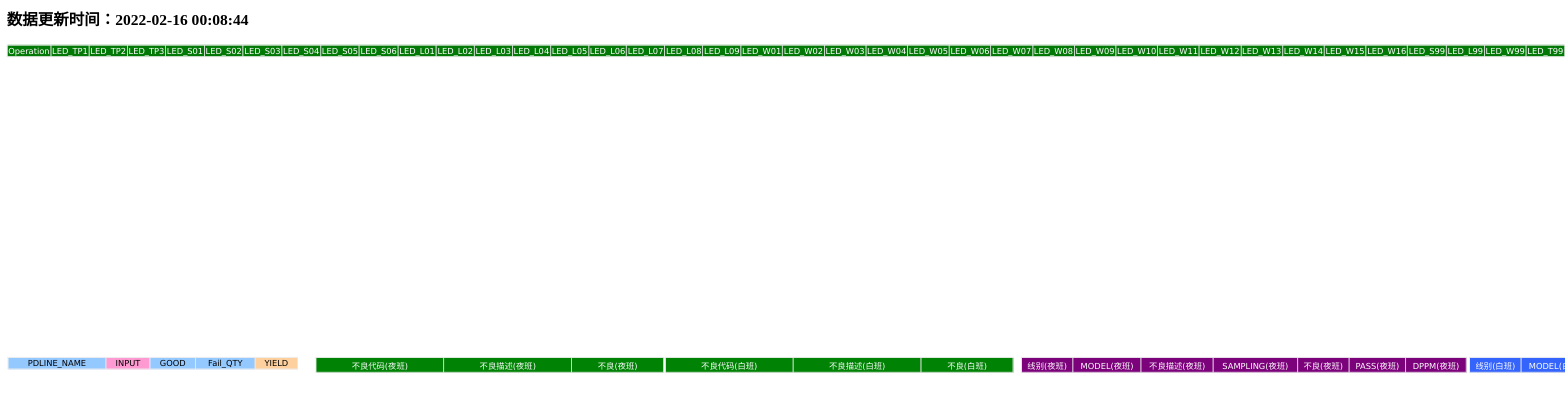
Repository: zxj19880502/mycode
Page: http://localhost/test1/time.jsp
These files come from the project's save history. The page is drawn as it stood at one moment and after the next save; the edit follows.
The browser window is 1280 px wide. The page is 1886 px wide, so the pictures cover 1886 px, including what lies to the right of the window. The pictures show the whole page, at 83% of full size.
The page is served by Tomcat 9. Queries for data that is not in the repository find no rows.

Above is the page before, as saved 2022-02-16 09:08:05.

### apache-tomcat-8.5.73/webapps/ROOT/test1/time.jsp
<%@ page contentType="text/html;charset=utf-8" language="java" errorPage="" %>
 <%@ page import="java.text.*"%>
<%@ page import="java.sql.*" %>
 <%@page import="java.util.*"%>

<meta http-equiv="refresh" content="300">

<html>



<head>

  <title>时间查询</title>


<style type="text/css">
#container {
    height: 70%;
}

.highcharts-figure,
.highcharts-data-table table {

    margin: 1em auto;
}

#datatable {
    font-family: Verdana, sans-serif;
    border-collapse: collapse;
    border: 1px solid #ebebeb;

    text-align: center;
    font-size:10px;

}



#datatable td,
#datatable th,
#datatable caption {
    padding: 0.1em;
}

#datatable thead tr,
#datatable tr:nth-child(even) {
    background: #f8f8f8;
}

#datatable tr:hover {
    background: #f1f7ff;
}

		</style>
</head>
 <body >

<%

Class.forName("oracle.jdbc.driver.OracleDriver");

Connection connection=DriverManager.getConnection("jdbc:oracle:thin:@172.22.24.221:1521:ledmes1","sajet","tech");

Statement stmt=connection.createStatement();

Statement stmtc=connection.createStatement();
Statement cc=connection.createStatement();
Statement dd=connection.createStatement();

Statement hja=connection.createStatement();
Statement wip=connection.createStatement();

Statement nqc=connection.createStatement();
Statement dqc=connection.createStatement();

String path = request.getContextPath();
String basePath = request.getScheme()+"://"+request.getServerName()+":"+request.getServerPort()+path+"/";
String starday = request.getParameter("day");//用request得到
String startime = request.getParameter("time");//用request得到
String endday = request.getParameter("endday");//用request得到
String endtime = request.getParameter("endtime");//用request得到
String datetime = new SimpleDateFormat("yyyy-MM-dd HH:mm:ss").format(Calendar.getInstance().getTime());//系统时间变量
ResultSet rs =stmt.executeQuery("SELECT PROCESS_NAME ,sum(nvl(LED_TP1,'0')) LED_TP1,sum(nvl(LED_TP2,'0')) LED_TP2,sum(nvl(LED_TP3,'0')) LED_TP3,sum(nvl(LED_S01,'0')) LED_S01,sum(nvl(LED_S02,'0')) LED_S02,sum(nvl(LED_S03,'0')) LED_S03,sum(nvl(LED_S04,'0')) LED_S04,sum(nvl(LED_S05,'0')) LED_S05,sum(nvl(LED_S06,'0')) LED_S06,sum(nvl(LED_L01,'0')) LED_L01,sum(nvl(LED_L02,'0')) LED_L02,sum(nvl(LED_L03,'0')) LED_L03,sum(nvl(LED_L04,'0')) LED_L04,sum(nvl(LED_L05,'0')) LED_L05,sum(nvl(LED_L06,'0')) LED_L06,sum(nvl(LED_L07,'0')) LED_L07,sum(nvl(LED_L08,'0')) LED_L08,sum(nvl(LED_L09,'0')) LED_L09,sum(nvl(LED_W01,'0')) LED_W01,sum(nvl(LED_W02,'0')) LED_W02,sum(nvl(LED_W03,'0')) LED_W03,sum(nvl(LED_W04,'0')) LED_W04,sum(nvl(LED_W05,'0')) LED_W05,sum(nvl(LED_W06,'0')) LED_W06,sum(nvl(LED_W07,'0')) LED_W07,sum(nvl(LED_W08,'0')) LED_W08,sum(nvl(LED_W09,'0')) LED_W09,sum(nvl(LED_W10,'0')) LED_W10,sum(nvl(LED_W11,'0')) LED_W11,sum(nvl(LED_W12,'0')) LED_W12,sum(nvl(LED_W13,'0')) LED_W13,sum(nvl(LED_W14,'0')) LED_W14,sum(nvl(LED_W15,'0')) LED_W15,sum(nvl(LED_W16,'0')) LED_W16,sum(nvl(LED_S99,'0')) LED_S99,sum(nvl(LED_L99,'0')) LED_L99,sum(nvl(LED_W99,'0')) LED_W99,sum(nvl(LED_T99,'0')) LED_T99 from(SELECT PDLINE_NAME,PROCESS_NAME, decode(PDLINE_NAME,'LED_TP1',input)LED_TP1,decode(PDLINE_NAME,'LED_W10',input) LED_W10,decode(PDLINE_NAME,'LED_W16',input) LED_W16 ,decode(PDLINE_NAME,'LED_W01',input) LED_W01 ,decode(PDLINE_NAME,'LED_L05',input) LED_L05,decode(PDLINE_NAME,'LED_S01',input) LED_S01,decode(PDLINE_NAME,'LED_S02',input) LED_S02 ,decode(PDLINE_NAME,'LED_L02',input) LED_L02 ,decode(PDLINE_NAME,'LED_L08',input) LED_L08 ,decode(PDLINE_NAME,'LED_L04',input) LED_L04 ,decode(PDLINE_NAME,'LED_L09',input) LED_L09,decode(PDLINE_NAME,'LED_TP2',input) LED_TP2,decode(PDLINE_NAME,'LED_W03',input) LED_W03 ,decode(PDLINE_NAME,'LED_L03',input) LED_L03 ,decode(PDLINE_NAME,'LED_W07',input) LED_W07,decode(PDLINE_NAME,'LED_W08',input) LED_W08,decode(PDLINE_NAME,'LED_S05',input) LED_S05 ,decode(PDLINE_NAME,'LED_W05',input) LED_W05 ,decode(PDLINE_NAME,'LED_W04',input) LED_W04 ,decode(PDLINE_NAME,'LED_TP3',input) LED_TP3 ,decode(PDLINE_NAME,'LED_S99',input) LED_S99,decode(PDLINE_NAME,'LED_W02',input) LED_W02,decode(PDLINE_NAME,'LED_S04',input) LED_S04 ,decode(PDLINE_NAME,'LED_S03',input) LED_S03 ,decode(PDLINE_NAME,'LED_W09',input) LED_W09,decode(PDLINE_NAME,'LED_L01',input) LED_L01,decode(PDLINE_NAME,'LED_L07',input) LED_L07 ,decode(PDLINE_NAME,'LED_W11',input) LED_W11 ,decode(PDLINE_NAME,'LED_L99',input) LED_L99 ,decode(PDLINE_NAME,'LED_W12',input) LED_W12 ,decode(PDLINE_NAME,'LED_S06',input) LED_S06 ,decode(PDLINE_NAME,'LED_W06',input) LED_W06 ,decode(PDLINE_NAME,'LED_L06',input) LED_L06 ,decode(PDLINE_NAME,'LED_W13',input) LED_W13 ,decode(PDLINE_NAME,'LED_W14',input) LED_W14 ,decode(PDLINE_NAME,'LED_W15',input) LED_W15 ,decode(PDLINE_NAME,'LED_W99',input) LED_W99 ,decode(PDLINE_NAME,'LED_T99',input) LED_T99 from INPUT_QTYC  WHERE WORK_DATE||WORK_TIME between to_CHAR('"+startime+""+starday+"')and to_char('"+endtime+""+endday+"'))GROUP BY PROCESS_NAME ");
ResultSet hjb =hja.executeQuery("SELECT PROCESS_NAME ,sum(INPUT)AS INPUT,sum(PASS_QTY)AS PASS_QTY,sum(FAIL_QTY)AS fail, SUM(REPASS_QTY)AS REPASS,CONCAT(round(decode(SUM(PASS_QTY),0,0,(SUM(PASS_QTY)/(sum(input)))*100),2),'%')AS yeald FROM input_qtyc  WHERE WORK_DATE||WORK_TIME between to_CHAR('"+startime+""+starday+"')and to_char('"+endtime+""+endday+"')  GROUP BY PROCESS_NAME ");
ResultSet wips =wip.executeQuery("SELECT '合计'AS heji, sum(PASS_QTY+FAIL_QTY)AS INPUT,sum(PASS_QTY)AS PASS_QTY,sum(FAIL_QTY)AS fail, SUM(REPASS_QTY)AS REPASS,CONCAT(round(decode(SUM(PASS_QTY),0,0,(SUM(PASS_QTY)/(sum(PASS_QTY+FAIL_QTY)))*100),2),'%')AS yeald FROM G_SN_COUNT a LEFT join sajet.SYS_PROCESS b  on a.process_id = b.process_id LEFT join sajet.SYS_PDLINE c  on a.PDLINE_ID = c.PDLINE_ID WHERE WORK_DATE||WORK_TIME between to_CHAR('"+startime+""+starday+"')and to_char('"+endtime+""+endday+"')");

ResultSet rc =stmtc.executeQuery("SELECT * FROM (SELECT PDLINE_NAME,sum(PASS_QTY+FAIL_QTY)as input,sum(PASS_QTY)as good,SUM(FAIL_QTY)AS FAIL_QTY,CONCAT(round(decode(SUM(PASS_QTY),0,0,(SUM(PASS_QTY)/(sum(PASS_QTY+FAIL_QTY)))*100),2),'%')as Yield from(select * from sajet.G_SN_COUNT a  LEFT join sajet.SYS_PROCESS b  on a.process_id = b.process_id LEFT join sajet.SYS_PDLINE c  on a.PDLINE_ID = c.PDLINE_ID LEFT join sajet.G_WO_BASE d  on a.WORK_ORDER = d.WORK_ORDER WHERE A.WORK_DATE||A.WORK_TIME between to_CHAR('"+startime+""+starday+"')and to_char('"+endtime+""+endday+"') )GROUP BY PDLINE_NAME ORDER BY FAIL_QTY DESC ) ");
ResultSet rb =cc.executeQuery("SELECT distinct Defect_Code 不良代码,Defect_Desc 不良描述, SUMCOUNT 数量 FROM (SELECT F.Defect_Code , F.Defect_Desc ,SUM (A.DEFECT_QTY) SUMCOUNT FROM SAJET.G_SN_DEFECT A, SAJET.SYS_DEFECT F WHERE 1=1 and  A.REC_TIME >= (SYSDATE - 225)AND A.REC_TIME <  (SYSDATE) AND A.DEFECT_ID = F.DEFECT_ID AND  A.REC_TIME between TRUNC(SYSDATE) + 08/24 and TRUNC(SYSDATE) + 20/24 GROUP BY F.Defect_Code, F.Defect_Desc ORDER BY 3 DESC)WHERE ROWNUM <= 20");
ResultSet rf=dd.executeQuery("SELECT distinct Defect_Code 不良代码,Defect_Desc 不良描述, SUMCOUNT 数量 FROM (SELECT F.Defect_Code , F.Defect_Desc ,SUM (A.DEFECT_QTY) SUMCOUNT FROM SAJET.G_SN_DEFECT A, SAJET.SYS_DEFECT F WHERE 1=1 and  A.REC_TIME >= (SYSDATE - 225)AND A.REC_TIME <  (SYSDATE) AND A.DEFECT_ID = F.DEFECT_ID AND  A.REC_TIME between TRUNC(SYSDATE-1) + 20/24 and TRUNC(SYSDATE) + 08/24 GROUP BY F.Defect_Code, F.Defect_Desc ORDER BY 3 DESC)WHERE ROWNUM <= 20");

ResultSet nq=nqc.executeQuery("SELECT PDLINE_NAME 线别,MODEL_ID model,defect_desc 不良描述,SAMPLING_SIZE SAMPLING,FAIL_QTY 不良,PASS_QTY PASS,dppm FROM (SELECT D.PDLINE_NAME,A.MODEL_ID ,C.DEFECT_DESC,A.SAMPLING_SIZE ,A.FAIL_QTY,A.PASS_QTY,sum(FAIL_QTY/SAMPLING_SIZE*1000000)DPPM FROM G_QC_LOT A LEFT JOIN G_QC_SN_DEFECT B ON A.QC_LOTNO =B.QC_LOTNO LEFT JOIN SYS_DEFECT C ON B.DEFECT_ID =C.DEFECT_ID LEFT JOIN SYS_PDLINE D ON A.PDLINE_ID =D.PDLINE_ID WHERE END_TIME between TRUNC(SYSDATE-1) + 20/24 and TRUNC(SYSDATE) + 08/24 GROUP BY D.PDLINE_NAME,A.MODEL_ID ,C.DEFECT_DESC,A.SAMPLING_SIZE ,A.FAIL_QTY,A.PASS_QTY ORDER BY A.FAIL_QTY DESC )WHERE ROWNUM <= 20");
ResultSet dq=dqc.executeQuery("SELECT PDLINE_NAME 线别,MODEL_ID model,defect_desc 不良描述,SAMPLING_SIZE SAMPLING,FAIL_QTY 不良,PASS_QTY PASS ,dppm FROM (SELECT D.PDLINE_NAME,A.MODEL_ID ,C.DEFECT_DESC,A.SAMPLING_SIZE ,A.FAIL_QTY,A.PASS_QTY ,sum(FAIL_QTY/SAMPLING_SIZE*1000000) dppm FROM G_QC_LOT A LEFT JOIN G_QC_SN_DEFECT B ON A.QC_LOTNO =B.QC_LOTNO LEFT JOIN SYS_DEFECT C ON B.DEFECT_ID =C.DEFECT_ID LEFT JOIN SYS_PDLINE D ON A.PDLINE_ID =D.PDLINE_ID WHERE END_TIME between TRUNC(SYSDATE) + 08/24 and TRUNC(SYSDATE) + 20/24 GROUP BY D.PDLINE_NAME,A.MODEL_ID ,C.DEFECT_DESC,A.SAMPLING_SIZE ,A.FAIL_QTY,A.PASS_QTY ORDER BY A.FAIL_QTY DESC )WHERE ROWNUM <= 20");
%>
<tr><td><h3>数据更新时间：<%=datetime %></h3></td></tr>



<table id="datatable" border="1">

    <tr>


  <td style="background: #027806;color: #fff">Operation</td>

         <td style="background: #027806;color: #fff">LED_TP1</td>
         <td style="background: #027806;color: #fff">LED_TP2</td>
         <td style="background: #027806;color: #fff">LED_TP3</td>
         <td style="background: #027806;color: #fff">LED_S01</td>
         <td style="background: #027806;color: #fff">LED_S02</td>
         <td style="background: #027806;color: #fff">LED_S03</td>
         <td style="background: #027806;color: #fff">LED_S04</td>
         <td style="background: #027806;color: #fff">LED_S05</td>
         <td style="background: #027806;color: #fff">LED_S06</td>
         <td style="background: #027806;color: #fff">LED_L01</td>
         <td style="background: #027806;color: #fff">LED_L02</td>
         <td style="background: #027806;color: #fff">LED_L03</td>
         <td style="background: #027806;color: #fff">LED_L04</td>
         <td style="background: #027806;color: #fff">LED_L05</td>
         <td style="background: #027806;color: #fff">LED_L06</td>
         <td style="background: #027806;color: #fff">LED_L07</td>
         <td style="background: #027806;color: #fff">LED_L08</td>
         <td style="background: #027806;color: #fff">LED_L09</td>
         <td style="background: #027806;color: #fff">LED_W01</td>
         <td style="background: #027806;color: #fff">LED_W02</td>
         <td style="background: #027806;color: #fff">LED_W03</td>
         <td style="background: #027806;color: #fff">LED_W04</td>
         <td style="background: #027806;color: #fff">LED_W05</td>
         <td style="background: #027806;color: #fff">LED_W06</td>
         <td style="background: #027806;color: #fff">LED_W07</td>
         <td style="background: #027806;color: #fff">LED_W08</td >
         <td style="background: #027806;color: #fff">LED_W09</td>
         <td style="background: #027806;color: #fff">LED_W10</td>
         <td style="background: #027806;color: #fff">LED_W11</td>
         <td style="background: #027806;color: #fff">LED_W12</td>
         <td style="background: #027806;color: #fff">LED_W13</td>
         <td style="background: #027806;color: #fff">LED_W14</td>
         <td style="background: #027806;color: #fff">LED_W15</td>
         <td style="background: #027806;color: #fff">LED_W16</td>
         <td style="background: #027806;color: #fff">LED_S99</td>
         <td style="background: #027806;color: #fff">LED_L99</td>
         <td style="background: #027806;color: #fff">LED_W99</td>
         <td style="background: #027806;color: #fff">LED_T99</td>

       </tr>


          <% while(rs.next()){ %>

        <tr style="background: #ffffd1">

           <td style=" background: #cb99fa"> <%=rs.getString(1)%></td>
            <td> <%=rs.getString(2)%></td>
             <td> <%=rs.getString(3)%></td>
              <td> <%=rs.getString(4)%></td>
               <td> <%=rs.getString(5)%></td>
                <td> <%=rs.getString(6)%></td>
                 <td> <%=rs.getString(7)%></td>
                  <td> <%=rs.getString(8)%></td>
                   <td> <%=rs.getString(9)%></td>
                    <td> <%=rs.getString(10)%></td>
                     <td> <%=rs.getString(11)%></td>
                      <td> <%=rs.getString(12)%></td>
                       <td> <%=rs.getString(13)%></td>
                        <td> <%=rs.getString(14)%></td>
                         <td> <%=rs.getString(15)%></td>
                          <td> <%=rs.getString(16)%></td>
                           <td> <%=rs.getString(17)%></td>
                            <td> <%=rs.getString(18)%></td>
                             <td> <%=rs.getString(19)%></td>
                              <td> <%=rs.getString(20)%></td>
                               <td> <%=rs.getString(21)%></td>
                                <td> <%=rs.getString(22)%></td>
                                 <td> <%=rs.getString(23)%></td>
                                  <td> <%=rs.getString(24)%></td>
                                   <td> <%=rs.getString(25)%></td>
                                    <td> <%=rs.getString(26)%></td>
                                     <td> <%=rs.getString(27)%></td>
                                      <td> <%=rs.getString(28)%></td>
                                      <td> <%=rs.getString(29)%></td>
                                       <td> <%=rs.getString(30)%></td>
                                        <td> <%=rs.getString(31)%></td>
                                         <td> <%=rs.getString(32)%></td>
                                          <td> <%=rs.getString(33)%></td>
                                           <td> <%=rs.getString(34)%></td>
                                            <td> <%=rs.getString(35)%></td>
                                             <td> <%=rs.getString(36)%></td>
                                              <td> <%=rs.getString(37)%></td>
                                               <td> <%=rs.getString(38)%></td>
                                               <td> <%=rs.getString(39)%></td>



     <% } %>


  </tr>





 <table  name="er" id="er" style="position:absolute;top:430px;left:9px;width: 350px;font-family: Verdana, sans-serif;border-collapse: collapse;border: 1px solid #ebebeb;text-align: center;font-size:10px">
  <tr>
      <td style="background: #94c9ff;border: 1px solid #ebebeb;">PDLINE_NAME  </td>
       <td style="background: #fe99d1;border: 1px solid #ebebeb;">INPUT</td>
          <td style="background: #94c9ff;border: 1px solid #ebebeb;">GOOD</td>
          <td style="background: #94c9ff;border: 1px solid #ebebeb;">Fail_QTY</td>
           <td  style="background: #fed09e;border: 1px solid #ebebeb;">YIELD</td>
  </tr>

  <% while(rc.next()){   %>

    <tr >

           <td style="background: #94c9ff; border: 1px solid #ebebeb;"> <%=rc.getString(1)%></td>
           <td style="background: #fe99d1; border: 1px solid #ebebeb;"> <%=rc.getString(2)%></td>
           <td style="background: #94c9ff; border: 1px solid #ebebeb;"> <%=rc.getString(3)%></td>
           <td style="background: #94c9ff; border: 1px solid #ebebeb;"> <%=rc.getString(4)%></td>
           <td style="background: #fed09e; border: 1px solid #ebebeb;"> <%=rc.getString(5)%></td>
</tr>

  <% } %>

  </table>

<script type="text/javascript">
window.onload = function() {
    // 第4列
    var column_num = 4;

    // 获取元素
    var table = document.getElementById("er"),
        rows = table.getElementsByTagName("tr");

    // 循环表格
    for(var i = 0; i < rows.length; i++) {
        var cells = rows[i].getElementsByTagName("td");
        for(var c = 0; c < cells.length; c++) {
            // 对应列
            if(c + 1 === column_num
                // 判断是否小于 0
                && parseFloat(cells[c].innerHTML) > 0) {
                // 两者均成立，改变颜色
                rows[i].style.color = "#f00";
                // 检查下一行
                break;
            }
        }
    }
}
</script>


 <table style="position:absolute;top:430px;left:801px;width: 420px;font-family: Verdana, sans-serif;border-collapse: collapse;border: 1px solid #ebebeb;text-align: center;font-size:10px">
  <tr>

        <td style="background: #008205;border: 1px solid #ebebeb;color: #fff;">不良代码(白班)</td>
         <td style="background: #008205;border: 1px solid #ebebeb;color: #fff;">不良描述(白班)</td>
          <td style="background: #008205;border: 1px solid #ebebeb;color: #fff;">不良(白班)</td>
          </tr>



  <% while(rb.next()){ %>
    <tr>

           <td style=" background: #fcfe9d;border: 1px solid #ebebeb;"> <%=rb.getString(1)%></td>
           <td style=" background: #fcfe9d;border: 1px solid #ebebeb;"> <%=rb.getString(2)%></td>
           <td style=" background: #fcfe9d;border: 1px solid #ebebeb;"> <%=rb.getString(3)%></td>
          </tr>

  <% } %>
 <table id="two" style="position:absolute;top:430px;left:380px;;width: 420;font-family: Verdana, sans-serif;border-collapse: collapse;border: 1px solid #ebebeb;text-align: center;font-size:10px">
  <tr>

        <td style="background: #008205;border: 1px solid #ebebeb;color: #fff;">不良代码(夜班)</td>
         <td style="background: #008205;border: 1px solid #ebebeb;color: #fff;">不良描述(夜班)</td>
          <td style="background: #008205;border: 1px solid #ebebeb;color: #fff;">不良(夜班)</td>
          </tr>



  <% while(rf.next()){ %>
    <tr>

           <td style=" background: #fcfe9d;border: 1px solid #ebebeb;"> <%=rf.getString(1)%></td>
           <td style=" background: #fcfe9d;border: 1px solid #ebebeb;"> <%=rf.getString(2)%></td>
           <td style=" background: #fcfe9d;border: 1px solid #ebebeb;"> <%=rf.getString(3)%></td>
          </tr>

  <% } %>

</table>



 <table  style="position:absolute;top:430px;left:1230px;;width: 537;font-family: Verdana, sans-serif;border-collapse: collapse;border: 1px solid #ebebeb;text-align: center;font-size:10px">
  <tr>

        <td style="background: #7c027b;border: 1px solid #ebebeb;color: #fff;">线别(夜班)</td>
         <td style="background: #7c027b;border: 1px solid #ebebeb;color: #fff;">MODEL(夜班)</td>
          <td style="background: #7c027b;border: 1px solid #ebebeb;color: #fff;">不良描述(夜班)</td>
          <td style="background: #7c027b;border: 1px solid #ebebeb;color: #fff;">SAMPLING(夜班)</td>
          <td style="background: #7c027b;border: 1px solid #ebebeb;color: #fff;">不良(夜班)</td>
          <td style="background: #7c027b;border: 1px solid #ebebeb;color: #fff;">PASS(夜班)</td>
          <td style="background: #7c027b;border: 1px solid #ebebeb;color: #fff;">DPPM(夜班)</td>
          </tr>



  <% while(nq.next()){ %>
    <tr>

           <td style=" background: #fcfe9d;border: 1px solid #ebebeb;"> <%=nq.getString(1)%></td>
           <td style=" background: #fcfe9d;border: 1px solid #ebebeb;"> <%=nq.getString(2)%></td>
           <td style=" background: #fcfe9d;border: 1px solid #ebebeb;"> <%=nq.getString(3)%></td>
           <td style=" background: #fcfe9d;border: 1px solid #ebebeb;"> <%=nq.getString(4)%></td>
           <td style=" background: #fcfe9d;border: 1px solid #ebebeb;"> <%=nq.getString(5)%></td>
           <td style=" background: #fcfe9d;border: 1px solid #ebebeb;"> <%=nq.getString(6)%></td>
           <td style=" background: #fcfe9d;border: 1px solid #ebebeb;"> <%=nq.getString(7)%></td>
          </tr>

  <% } %>

</table>

<table style="position:absolute;top:430px;left:1770px;;width: 537;font-family: Verdana, sans-serif;border-collapse: collapse;border: 1px solid #ebebeb;text-align: center;font-size:10px">
  <tr>

        <td style="background: #3564fc;border: 1px solid #ebebeb;color: #fff;">线别(白班)</td>
         <td style="background: #3564fc;border: 1px solid #ebebeb;color: #fff;">MODEL(白班)</td>
          <td style="background: #3564fc;border: 1px solid #ebebeb;color: #fff;">不良描述(白班)</td>
          <td style="background: #3564fc;border: 1px solid #ebebeb;color: #fff;">SAMPLING(白班)</td>
          <td style="background: #3564fc;border: 1px solid #ebebeb;color: #fff;">不良(白班)</td>
          <td style="background: #3564fc;border: 1px solid #ebebeb;color: #fff;">PASS(白班)</td>
          <td style="background: #3564fc;border: 1px solid #ebebeb;color: #fff;">DPPM(白班)</td>
          </tr>



  <% while(dq.next()){ %>
    <tr>

           <td style=" background: #fcfe9d;border: 1px solid #ebebeb;"> <%=dq.getString(1)%></td>
           <td style=" background: #fcfe9d;border: 1px solid #ebebeb;"> <%=dq.getString(2)%></td>
           <td style=" background: #fcfe9d;border: 1px solid #ebebeb;"> <%=dq.getString(3)%></td>
           <td style=" background: #fcfe9d;border: 1px solid #ebebeb;"> <%=dq.getString(4)%></td>
           <td style=" background: #fcfe9d;border: 1px solid #ebebeb;"> <%=dq.getString(5)%></td>
           <td style=" background: #fcfe9d;border: 1px solid #ebebeb;"> <%=dq.getString(6)%></td>
           <td style=" background: #fcfe9d;border: 1px solid #ebebeb;"> <%=dq.getString(7)%></td>
          </tr>

  <% } %>

</table>





	 <table  style="position:absolute;top:51px;left:2350px;width: 500px; font-family: Verdana, sans-serif;border-collapse: collapse;border: 1px solid #ebebeb;text-align: center;font-size:10px">
  <tr>

        <td style="background: #027806;color: #fff;border: 1px solid #ebebeb;">Operation</td>
         <td style="background: #027806;color: #fff;border: 1px solid #ebebeb;">INPUT</td>
         <td style="background: #027806;color: #fff;border: 1px solid #ebebeb;">良品数量</td>
         <td style="background: #027806;color: #fff;border: 1px solid #ebebeb;">不良数量</td>
         <td style="background: #027806;color: #fff;border: 1px solid #ebebeb;">维修数量</td>
          <td style="background: #027806;color: #fff;border: 1px solid #ebebeb;">YEALD</td>
          </tr>



  <% while(hjb.next()){ %>
    <tr>

           <td style=" background: #cb99fa;border: 1px solid #ebebeb;"> <%=hjb.getString(1)%></td>
           <td style=" background: #ffffd3;border: 1px solid #ebebeb;"> <%=hjb.getString(2)%></td>
           <td style=" background: #cfffff;border: 1px solid #ebebeb;"> <%=hjb.getString(3)%></td>
           <td style=" background: #cfffff;border: 1px solid #ebebeb;"> <%=hjb.getString(4)%></td>
           <td style=" background: #cfffff;border: 1px solid #ebebeb;"> <%=hjb.getString(5)%></td>
           <td style=" background: #cfffff;border: 1px solid #ebebeb;"> <%=hjb.getString(6)%></td>
          </tr>

  <% } %>

</table>





		 <table style="position:absolute;top:430px;left:2350px;width: 500px;font-family: Verdana, sans-serif;border-collapse: collapse;border: 1px solid #ebebeb;text-align: center;font-size:10px">
  <tr>

        <td style=" width:140px; background: #f89ace;color: #fff;border: 1px solid #ebebeb;">Operation</td>
        <td style="background: #f89ace;color: #fff;border: 1px solid #ebebeb;">INPUT</td>
         <td style="background: #f89ace;color: #fff;border: 1px solid #ebebeb;">良品数量</td>
          <td style="background: #f89ace;color: #fff;border: 1px solid #ebebeb;">不良数量</td>
         <td style="background: #f89ace;color: #fff;border: 1px solid #ebebeb;">维修数量</td>
         <td style="background: #f89ace;color: #fff;border: 1px solid #ebebeb;">YEALD</td>
          </tr>



  <% while(wips.next()){ %>
    <tr>

           <td  style="background: #cb99fa;border: 1px solid #ebebeb;"> <%=wips.getString(1)%></td>
           <td style=" background: #ffffd3;border: 1px solid #ebebeb;"> <%=wips.getString(2)%></td>
           <td style=" background: #cfffff;border: 1px solid #ebebeb;"> <%=wips.getString(3)%></td>
           <td style=" background: #cfffff;border: 1px solid #ebebeb;"> <%=wips.getString(4)%></td>
           <td style=" background: #cfffff;border: 1px solid #ebebeb;"> <%=wips.getString(5)%></td>
            <td style=" background: #cfffff;border: 1px solid #ebebeb;"> <%=wips.getString(6)%></td>
          </tr>

  <% } %>

</table>






 </table>

  </table>


  </body>
</html>

After the next save:
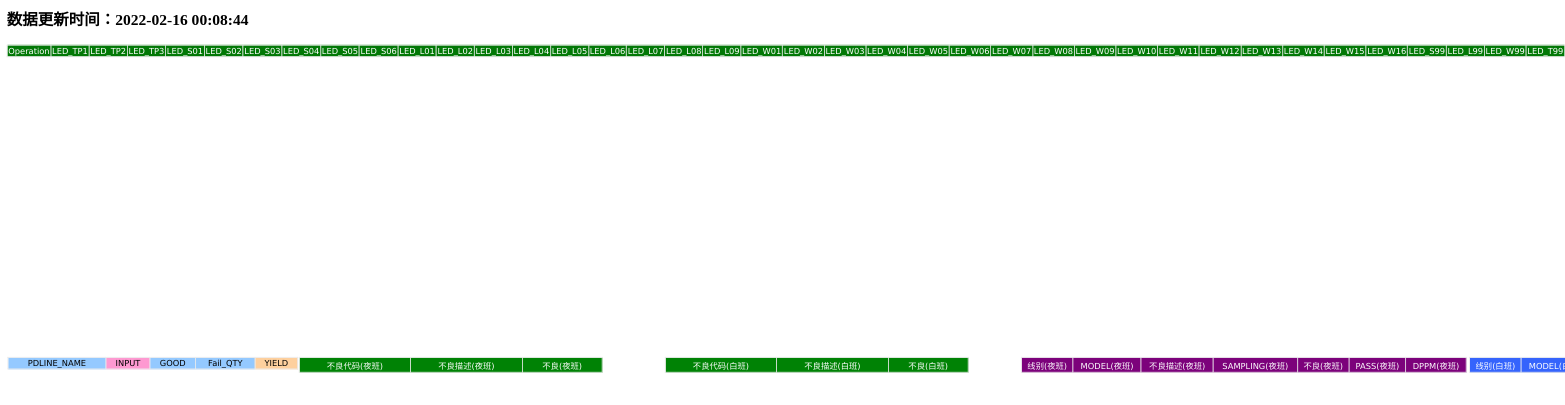
Saved 15 h 25 min later.
--- a/apache-tomcat-8.5.73/webapps/ROOT/test1/time.jsp
+++ b/apache-tomcat-8.5.73/webapps/ROOT/test1/time.jsp
@@ -252,7 +252,7 @@ window.onload = function() {
 </script>
 
 
- <table style="position:absolute;top:430px;left:801px;width: 420px;font-family: Verdana, sans-serif;border-collapse: collapse;border: 1px solid #ebebeb;text-align: center;font-size:10px">
+ <table style="position:absolute;top:430px;left:801px;width: 366px;font-family: Verdana, sans-serif;border-collapse: collapse;border: 1px solid #ebebeb;text-align: center;font-size:10px">
   <tr>
 
         <td style="background: #008205;border: 1px solid #ebebeb;color: #fff;">不良代码(白班)</td>
@@ -271,7 +271,7 @@ window.onload = function() {
           </tr>
 
   <% } %>
- <table id="two" style="position:absolute;top:430px;left:380px;;width: 420;font-family: Verdana, sans-serif;border-collapse: collapse;border: 1px solid #ebebeb;text-align: center;font-size:10px">
+ <table id="two" style="position:absolute;top:430px;left:360px;;width: 366;font-family: Verdana, sans-serif;border-collapse: collapse;border: 1px solid #ebebeb;text-align: center;font-size:10px">
   <tr>
 
         <td style="background: #008205;border: 1px solid #ebebeb;color: #fff;">不良代码(夜班)</td>
